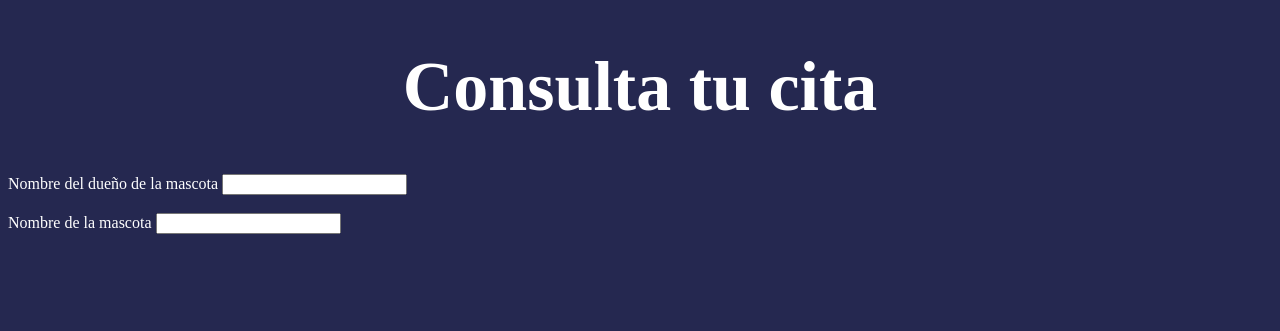
Repository: julioangarita/web-vet-cym
Page: http://localhost/consult_page
The author's editor kept a record of every edit. The page is drawn from the files as they stood at one moment, then again after the next edit.
The browser window is 1280 px wide. The pictures show the whole page.
The page is served by the project's application, run on Flask 3 (server.py).

Above is the page before.

After the next edit:
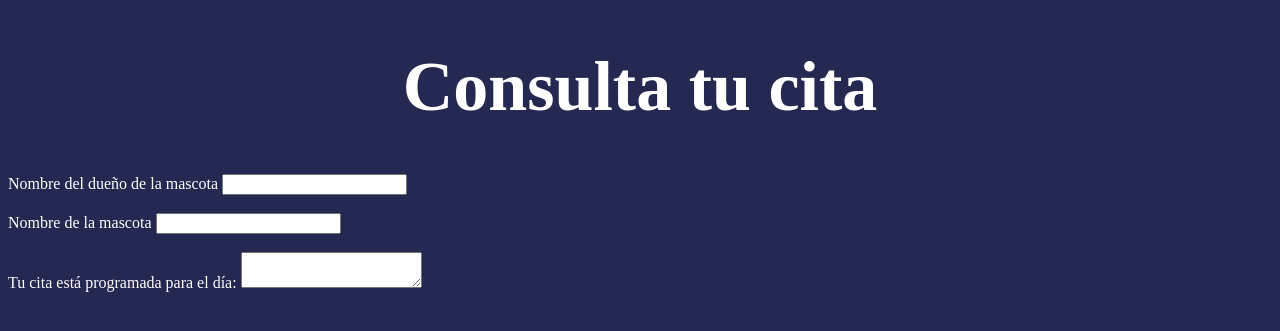
The edit:
--- a/templates/consult.html
+++ b/templates/consult.html
@@ -10,6 +10,6 @@
         <h1>Consulta tu cita</h1>
         <label>Nombre del dueño de la mascota</label> <input> <br> <br>
         <label>Nombre de la mascota</label> <input> <br> <br>
-
+        <label>Tu cita está programada para el día: </label><textarea></textarea>
     </body>
 </html>
